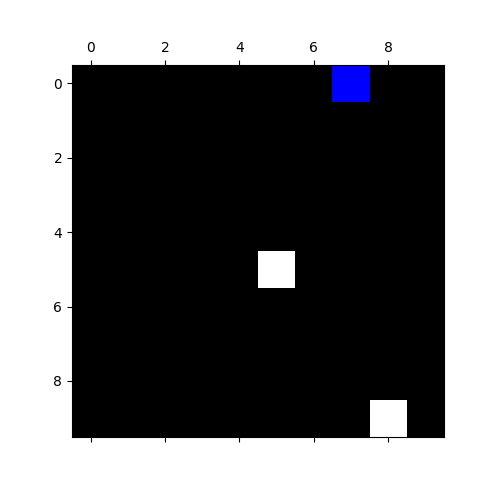
Repository: eduardodut/Trabalho_final_estatistica_cd
Script's output: python src/Simulador.py
The author's editor kept a copy of each file at every save. The script's output is drawn from the files as they stood at one save, then again after the next save.
Random numbers start from a fixed seed.

Above is the script's output before, as saved 2020-07-12 15:31:52.

After the next save:
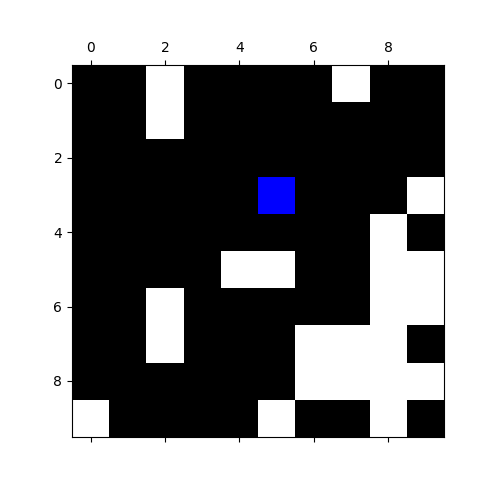
Saved 10 s later.
--- a/src/Simulador.py
+++ b/src/Simulador.py
@@ -317,7 +317,7 @@ chance_infeccao_tipo2 = 1
 chance_morte = 0.8
 atualizacoes_cura = 10
 percentual_inicial_tipo1 = 0.0
-percentual_inicial_tipo2 = 0.8
+percentual_inicial_tipo2 = 0.2
 
 
 sim = Simulador(
